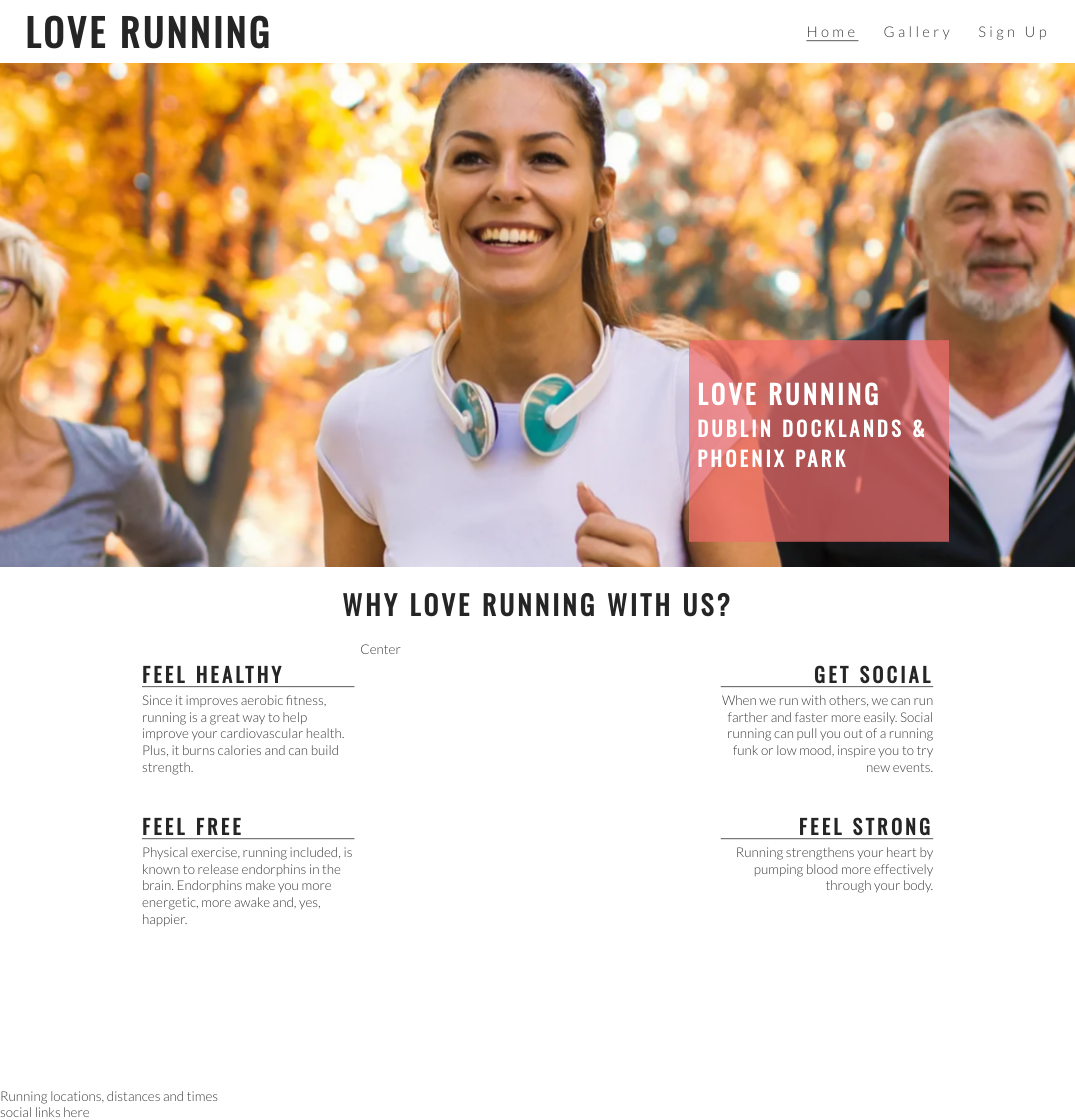
Repository: dcsndevs/love-running
Page: index.html
These files come from the project's save history. The page is drawn as it stood at one moment and after the next save; the edit follows.
The browser window is 1280 px wide. The pictures show the whole page, at 84% of full size.

Above is the page before, as saved 2023-06-21 10:03:12.

### index.html
<!DOCTYPE html>
<html lang="en">

<head>
    <meta charset="UTF-8">
    <meta name="viewport" content="width=device-width, initial-scale=1.0">
    <meta name="description" content="Love Running club for runners in Dublin, Ireland">
    <meta name="keywords" content="love running, running club, ireland, dublin">

    <link rel="stylesheet" href="assets/css/style.css">
    <title>Love Running</title>
</head>

<body>
    <header>
        <a href="index.html">
            <h1 id="logo">Love Running</h1>
        </a>
        <nav>
            <ul id="menu">
                <li>
                    <a href="#">Sign Up</a>
                </li>
                <li>
                    <a href="#">Gallery</a>
                </li>
                <li>
                    <a href="index.html" class="active">Home</a>
                </li>
            </ul>
        </nav>
    </header>
    <section id="hero-outer">
        <div id="hero-image"></div>
        <div id="cover-text">
            <h2>Love Running</h2>
            <h3>Dublin Docklands & Phoenix Park</h3>
        </div>
    </section>
    <section id="club-ethos">
        <h2 id="welcome">Why Love Running With Us?</h2>
        <div id="left-about">
            <div class="left-about-heading">
                <h2>Feel Healthy</h2>
                <hr>
                <p>
                    Since it improves aerobic fitness, running is a great way to help improve your cardiovascular
                    health. Plus, it burns calories and can build strength.
                </p>
            </div>
            <div class="left-about-heading">
                <h2>Feel Free</h2>
                <hr>
                <p>
                    Physical exercise, running included, is known to release endorphins in the brain. Endorphins make
                    you more energetic, more awake and, yes, happier.
                </p>
            </div>
        </div>
        <div id="right-about">
            <div class="right-about-heading">
                <h2>Get Social</h2>
                <hr>
                <p>
                    When we run with others, we can run farther and faster more easily. Social running can pull you out
                    of a running funk or low mood, inspire you to try new events.
                </p>
            </div>
            <div class="right-about-heading">
                <h2>Feel Strong</h2>
                <hr>
                <p>
                    Running strengthens your heart by pumping blood more effectively through your body.
                </p>
            </div>
        </div>
        <div id="center-about">Center</div>
    </section>
    <section>
        Running locations, distances and times
    </section>
    <footer>
        social links here
    </footer>
</body>

</html>

### assets/css/style.css
@import url('https://fonts.googleapis.com/css2?family=Lato:wght@300&family=Oswald&display=swap');

* {
    margin: 0;
    padding: 0;
    border: none;
}

body {
    font-family: Lato, sans-serif;
    font-weight: 300;
    color: #3a3a3a;
}

/* headings and logo */

h1,
h2 {
    font-family: Oswald, sans-serif;
    text-transform: uppercase;
    letter-spacing: 4px;
    color: #252525;
}

#logo {
    float: left;
    font-size: 280%;
    margin-left: 30px;
}

/* navigation links */

#menu {
    font-size: 110%;
    letter-spacing: 4px;
}

#menu,
#logo {
    line-height: 75px;
}

#menu li {
    float: right;
    list-style-type: none;
    margin-right: 30px;
}

#menu a {
    text-decoration: none;
    color: inherit;
}

#menu a:hover {
    border-bottom: 1px solid #3a3a3a;
}

.active {
    border-bottom: 1px solid #3a3a3a;
}

/* hero image and cover text */

#hero-outer {
    height: 600px;
    width: 100%;
    overflow: hidden;

    position: relative;
}

#cover-text,
#cover-text h2 {
    color: #fff;
}

#hero-image {
    height: 600px;
    width: 100%;
    background: url('../images/hero-image.webp') no-repeat center center;

    /* animates zoom effect on loading page */
    animation-name: hero-zoom;
    animation-duration: 5s;
    animation-fill-mode: forwards;
}

/* creates the level of zoom for hero image */
@keyframes hero-zoom {
    from {
        transform: scale(1);
    }

    to {
        transform: scale(1.1);
    }
}

#cover-text {
    font-size: 130%;
    font-family: Oswald, sans-serif;
    text-transform: uppercase;
    letter-spacing: 4px;

    width: 300px;
    height: 200px;

    padding-top: 40px;
    padding-left: 10px;

    background-color: rgba(241, 109, 107, .7);

    bottom: 30px;
    right: 150px;

    position: absolute;
}

/* club ethos */
#club-ethos {
    height: 600px;
}

#left-about {
    padding-top: 30px;
    width: 33%;
    float: left;
}

#right-about {
    padding-top: 30px;
    width: 33%;
    float: right;
}

#center-about {
    width: 33%;
    margin: 0 auto;
}

hr {
    border-top: 1px solid #3a3a3a;
    width: 100%;
    margin: 5px 0;
}

.left-about-heading {
    width: 60%;
    float: right;
    line-height: 20px;
    clear: both;
    margin-bottom: 50px;
}

.right-about-heading {
    width: 60%;
    float: left;
    line-height: 20px;
    clear: both;
    margin-bottom: 50px;
}

.right-about-heading h2 {
    text-align: right;
}

.right-about-heading p {
    text-align: right;
}

#welcome {
    text-align: center;
    margin: 20px;
    font-size: 200%;
}

#circle-container {
    width: 300px;
    height: 300px;
    padding: 30px;
    border-style: solid;
    border-color: #ccc;
    border-width: 1px;
    border-radius: 50%;
    margin: 0 auto;
}

After the next save:
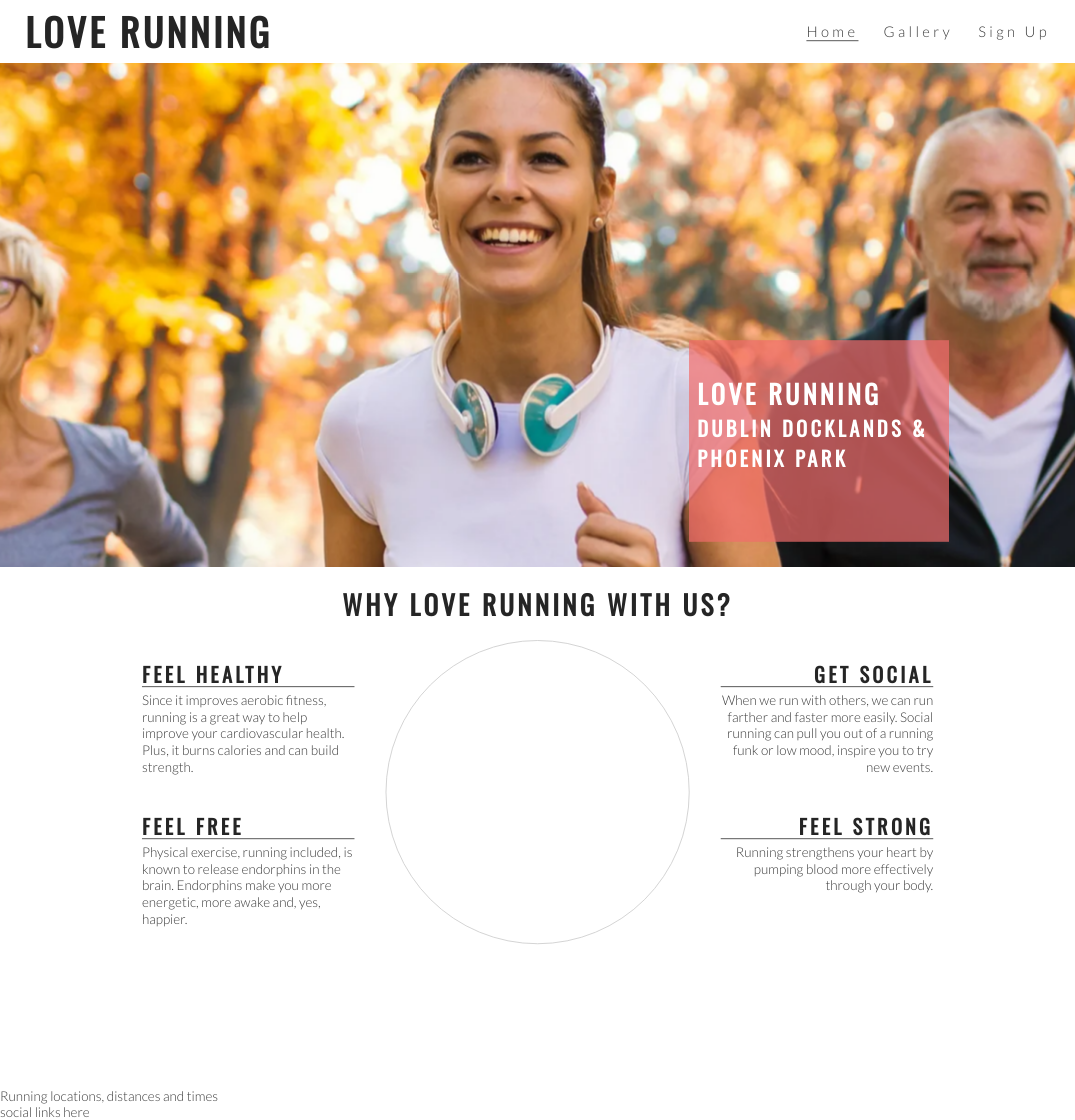
Saved 11 s later.
--- a/index.html
+++ b/index.html
@@ -74,7 +74,11 @@
                 </p>
             </div>
         </div>
-        <div id="center-about">Center</div>
+        <div id="center-about">
+            <div id="circle-container">
+                <div id="circle-cover-bg"></div>
+            </div>
+        </div>
     </section>
     <section>
         Running locations, distances and times
